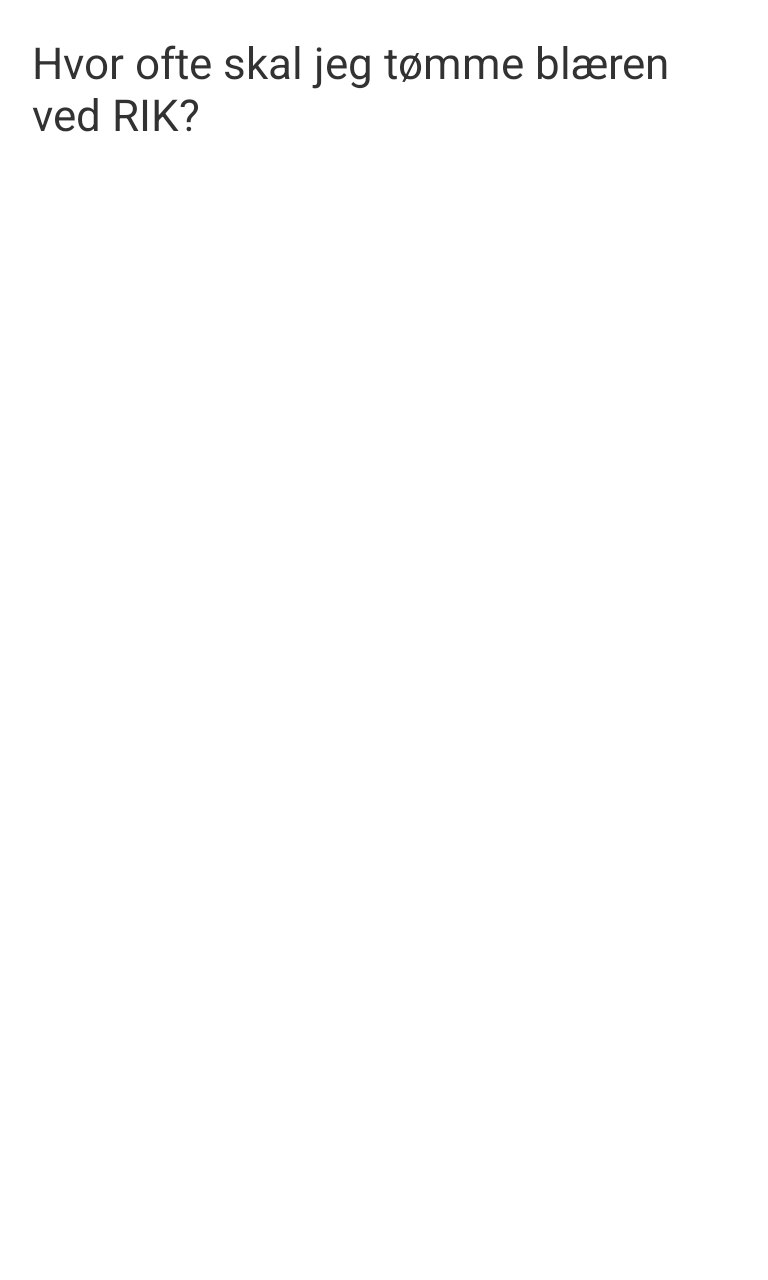
Repository: KingApollo/RIKapp2
Layout: RIKapp/res/layout/activity_how_often.xml
The author's editor kept a copy of each file at every save. The layout is drawn from the files as they stood at one save, then again after the next save.
It is drawn on a 768 x 1280 px phone screen (xhdpi) without system bars, with theme android:Theme.Light.NoTitleBar; the app's code is not run.

Above is the layout before, as saved 2014-10-10 12:24:04.

After the next save:
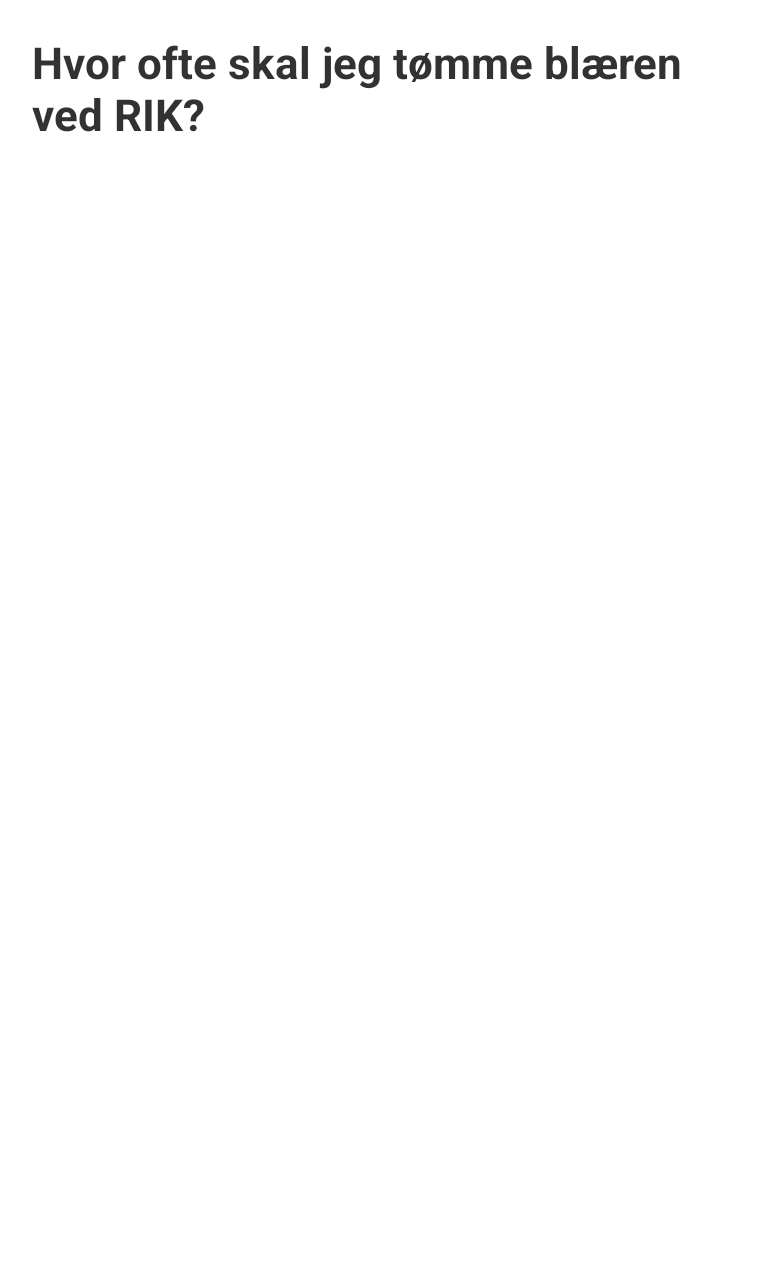
Saved 15 s later.
--- a/RIKapp/res/layout/activity_how_often.xml
+++ b/RIKapp/res/layout/activity_how_often.xml
@@ -13,6 +13,7 @@
     android:layout_width="wrap_content"
     android:layout_height="wrap_content"
     android:text="@string/howOftenQuestion"
-    android:textSize="22sp" />
+    android:textSize="22sp"
+    android:textStyle="bold" />
 
 </RelativeLayout>
